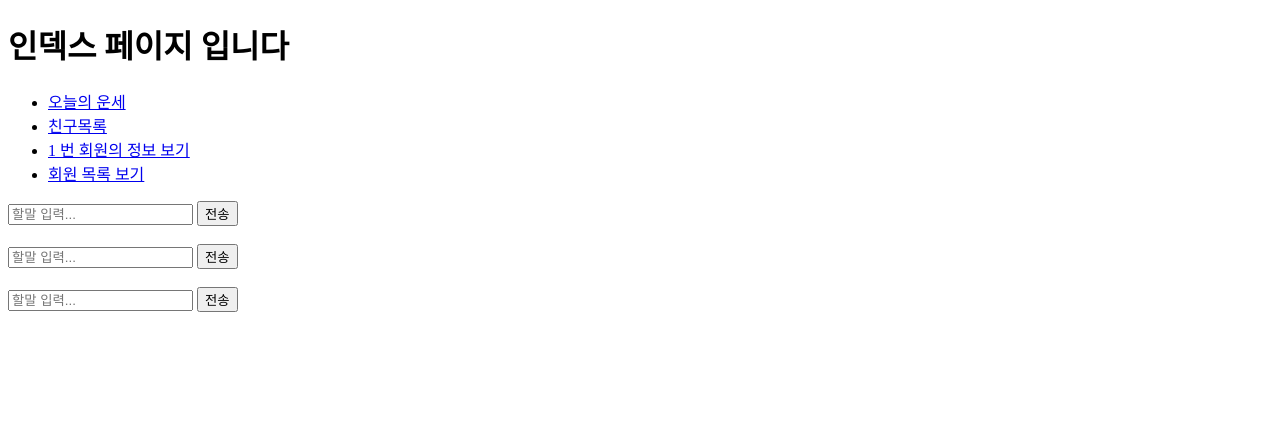
Repository: raehui/web_work
Page: Step01Servlet/src/main/webapp/index.html
These files come from the project's save history. The page is drawn as it stood at one moment and after the next save; the edit follows.
The browser window is 1280 px wide. The pictures show the whole page.

Above is the page before, as saved 2025-01-03 07:58:44.

### Step01Servlet/src/main/webapp/index.html
<!DOCTYPE html>
<html>
<head>
<meta charset="UTF-8">
<title>index.html</title>
</head>
<body>
	<div class="container">
		<h1>인덱스 페이지 입니다</h1>
		<ul>
			<li><a href="fortune">오늘의 운세</a></li>
			<li><a href="friends">친구목록</a></li>
			<li><a href="member?num=1">1 번 회원의 정보 보기</a></li>
			<li><a href="member/list">회원 목록 보기</a></li>
		</ul>

		<form action="send" method="get">
			<input type="text" name="msg" placeholder="할말 입력...">
			<button type="submit">전송</button>
		</form>

		<br>
		<!-- post 방식 -->
		<form action="send" method="post">
			<input type="text" name="msg" placeholder="할말 입력...">
			<button type="submit">전송</button>
		</form>

		<br>
		<form action="send.jsp" method="post">
			<input type="text" name="msg" placeholder="할말 입력...">
			<button type="submit">전송</button>
		</form>



	</div>
</body>
</html>

After the next save:
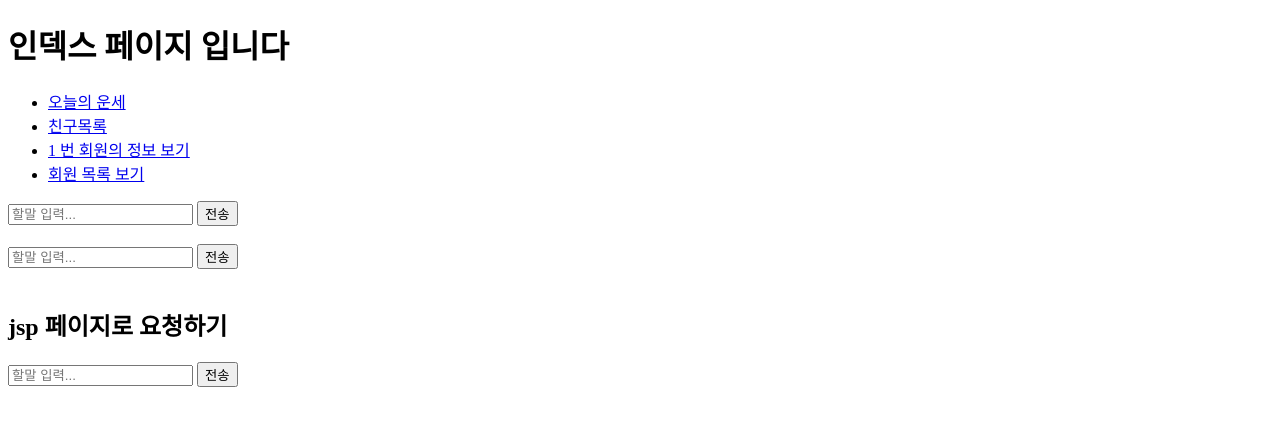
Saved 17 s later.
--- a/Step01Servlet/src/main/webapp/index.html
+++ b/Step01Servlet/src/main/webapp/index.html
@@ -27,6 +27,7 @@
 		</form>
 
 		<br>
+		<h2>jsp 페이지로 요청하기</h2>
 		<form action="send.jsp" method="post">
 			<input type="text" name="msg" placeholder="할말 입력...">
 			<button type="submit">전송</button>
